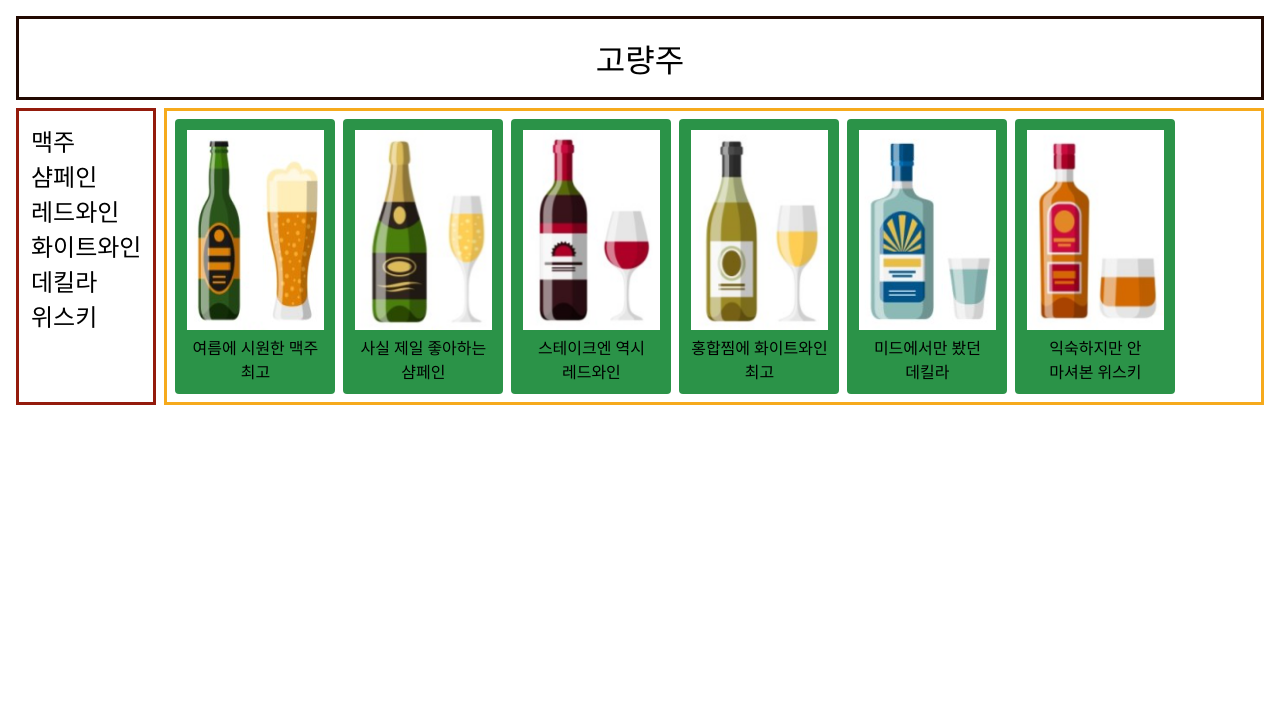
Repository: Jay-JYKim91/grj_2nd_week
Page: index.html
The author's editor kept a copy of each file at every save. The page is drawn from the files as they stood at one save, then again after the next save.
The browser window is 1280 px wide. The pictures show the whole page.
Some web fonts or font styles are not loaded; a fallback is used.

Above is the page before, as saved 2022-05-03 15:31:32.

### index.html
<!DOCTYPE html>
<html lang="en">
<head>
    <meta charset="UTF-8">
    <meta http-equiv="X-UA-Compatible" content="IE=edge">
    <meta name="viewport" content="width=device-width, initial-scale=1.0">
    <title>고량주 2주차</title>
    <link rel="stylesheet" href="./styles.css">
</head>
<body>
    <header>
        <span>고량주</span>
    </header>
    <main>
        <aside>
            <span>맥주</span>
            <span>샴페인</span>
            <span>레드와인</span>
            <span>화이트와인</span>
            <span>데킬라</span>
            <span>위스키</span>
        </aside>
        <section class="cards">
            <div class="card">
                <img src="./images/beer.png" alt="beer">
                <span>여름에 시원한 맥주 최고</span>
            </div>
            <div class="card">
                <img src="./images/champagne.png" alt="champagne">
                <span>사실 제일 좋아하는 샴페인</span>
            </div>
            <div class="card">
                <img src="./images/red_wine.png" alt="red_wine">
                <span>스테이크엔 역시 레드와인</span>
            </div>
            <div class="card">
                <img src="./images/white_wine.png" alt="white_wine">
                <span>홍합찜에 화이트와인 최고</span>
            </div>
            <div class="card">
                <img src="./images/tequila.png" alt="tequila">
                <span>미드에서만 봤던 데킬라</span>
            </div>
            <div class="card">
                <img src="./images/whiskey.png" alt="whiskey">
                <span>익숙하지만 안 마셔본 위스키</span>
            </div>
        </section>
    </main>
</body>
</html>

### styles.css
@import url("https://fonts.googleapis.com/css2?family=Hahmlet:wght@400;500&display=swap");

* {
  box-sizing: border-box;
  font-family: "Hahmlet", serif;
}

html,
body {
  height: 100%;
  margin: 0;
}

body {
  padding: 1rem;
}

header {
  border: 3px solid #220901;
  padding: 0.5em;
  font-size: 2rem;
  text-align: center;
}

main {
  display: flex;
  margin: 0.5rem 0;
  gap: 0.5rem;
}

aside {
  display: flex;
  flex-direction: column;
  border: 3px solid #941b0c;
  padding: 0.5em;
  font-size: 1.5rem;
  min-width: max-content;
}

.cards {
  display: flex;
  flex-wrap: wrap;
  border: 3px solid #f6aa1c;
  padding: 0.5em;
  gap: 0.5em;
  overflow-y: scroll;
  width: 100%;
  max-height: 86vh;
}

.card {
  display: flex;
  flex-direction: column;
  background-color: #2b9348;
  padding: 0.7em;
  text-align: center;
  word-break: keep-all;
  height: fit-content;
  border-radius: 4px;
  width: 10rem;
}

.card img {
  height: 200px;
  margin-bottom: 0.3em;
}

@media only screen and (max-width: 600px) {
  .card {
    background-color: #ffff3f;
  }
}

@media only screen and (min-width: 601px) and (max-width: 768px) {
  .card {
    background-color: #d4d700;
  }
}

@media only screen and (min-width: 769px) and (max-width: 992px) {
  .card {
    background-color: #80b918;
  }
}

After the next save:
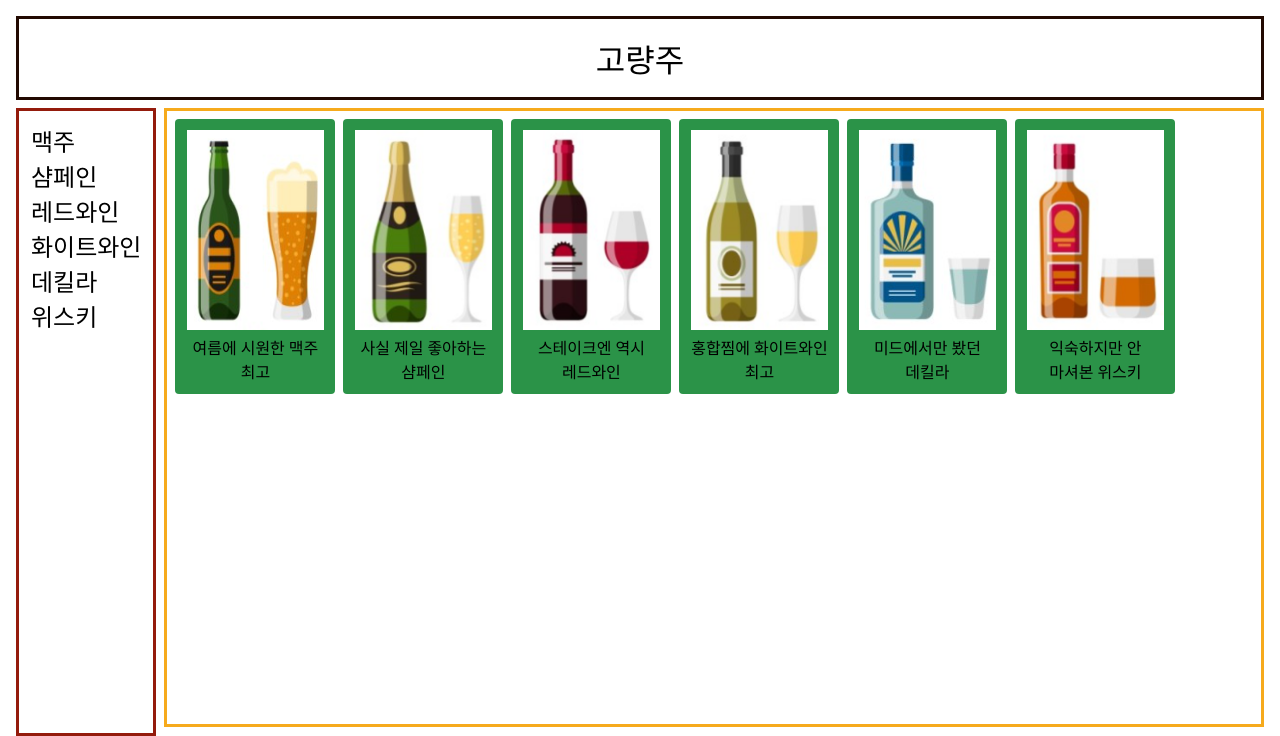
Saved 34 s later.
--- a/styles.css
+++ b/styles.css
@@ -26,6 +26,7 @@ main {
   display: flex;
   margin: 0.5rem 0;
   gap: 0.5rem;
+  height: calc(100% - 60px);
 }
 
 aside {
